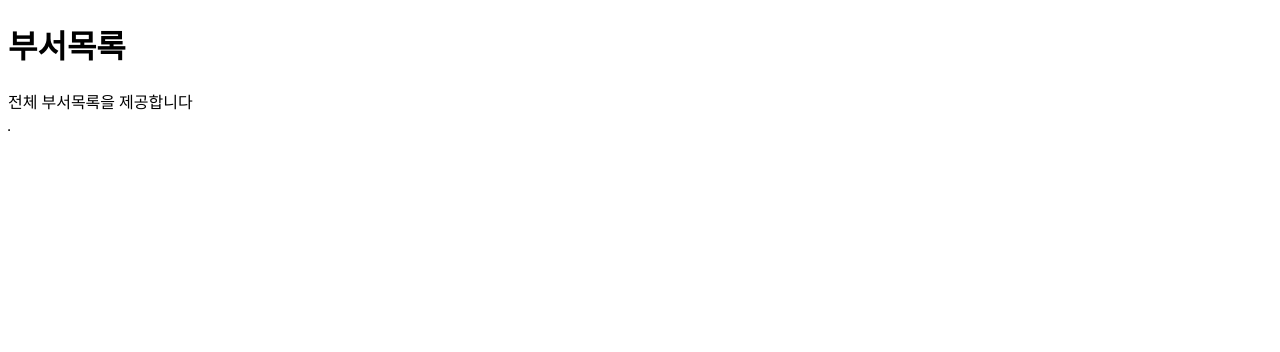
Repository: qwer1227/Jsp_study
Page: http://localhost/hr/dept/list.jsp
These files come from the project's save history. The page is drawn as it stood at one moment and after the next save; the edit follows.
The browser window is 1280 px wide. The pictures show the whole page.
The page is served by Tomcat 9.

Above is the page before, as saved 2024-08-06 03:13:57.

After the next save:
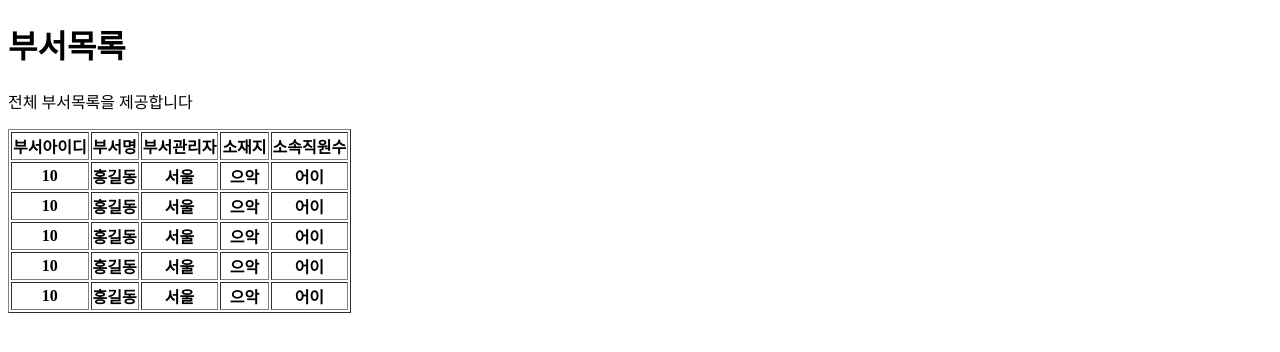
Saved 2 min 18 s later.
--- a/hr/src/main/webapp/dept/list.jsp
+++ b/hr/src/main/webapp/dept/list.jsp
@@ -11,7 +11,52 @@
 <p>전체 부서목록을 제공합니다</p>
 
 <table border="1">
-
+	<thead>
+		<tr>
+			<th>부서아이디</th>
+			<th>부서명</th>
+			<th>부서관리자</th>
+			<th>소재지</th>
+			<th>소속직원수</th>
+		</tr>
+	</thead>
+	<tbody>
+		<tr>
+			<th>10</th>
+			<th>홍길동</th>
+			<th>서울</th>
+			<th>으악</th>
+			<th>어이</th>
+		</tr>
+		<tr>
+			<th>10</th>
+			<th>홍길동</th>
+			<th>서울</th>
+			<th>으악</th>
+			<th>어이</th>
+		</tr>
+		<tr>
+			<th>10</th>
+			<th>홍길동</th>
+			<th>서울</th>
+			<th>으악</th>
+			<th>어이</th>
+		</tr>
+		<tr>
+			<th>10</th>
+			<th>홍길동</th>
+			<th>서울</th>
+			<th>으악</th>
+			<th>어이</th>
+		</tr>
+		<tr>
+			<th>10</th>
+			<th>홍길동</th>
+			<th>서울</th>
+			<th>으악</th>
+			<th>어이</th>
+		</tr>
+	</tbody>
 </table>
 </body>
 </html>
